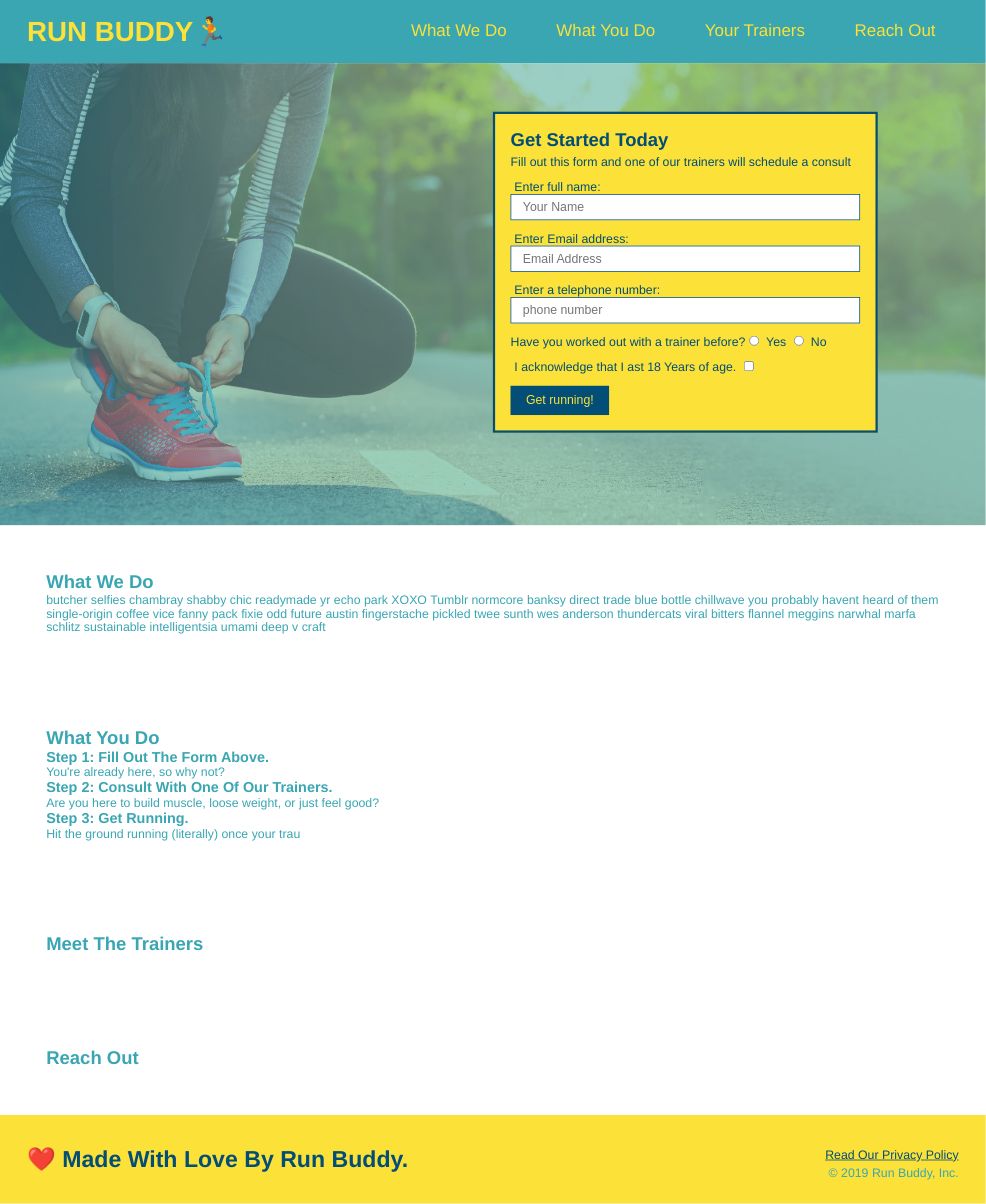
Repository: pilar122/run-buddy
Page: index.html
These files come from the project's save history. The page is drawn as it stood at one moment and after the next save; the edit follows.
The browser window is 1280 px wide. The pictures show the whole page, at 77% of full size.

Above is the page before, as saved 2023-01-22 07:50:42.

After the next save:
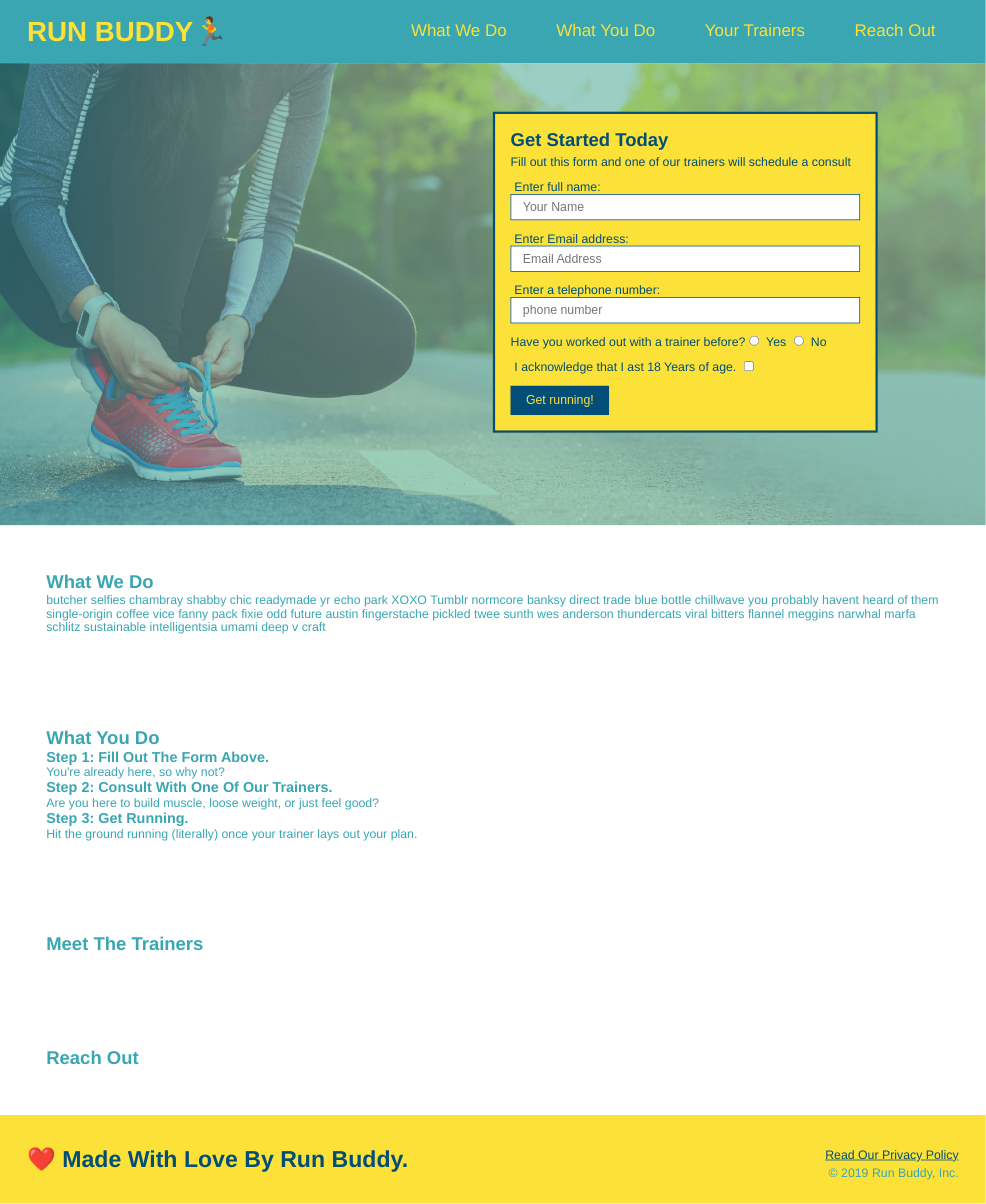
Saved 8 s later.
--- a/index.html
+++ b/index.html
@@ -92,7 +92,7 @@
 
             <div>
                 <h3>Step 3: Get Running.</h3>
-                <p>Hit the ground running (literally) once your trau</p>
+                <p>Hit the ground running (literally) once your trainer lays out your plan.</p>
             </div>
         </section>
 
